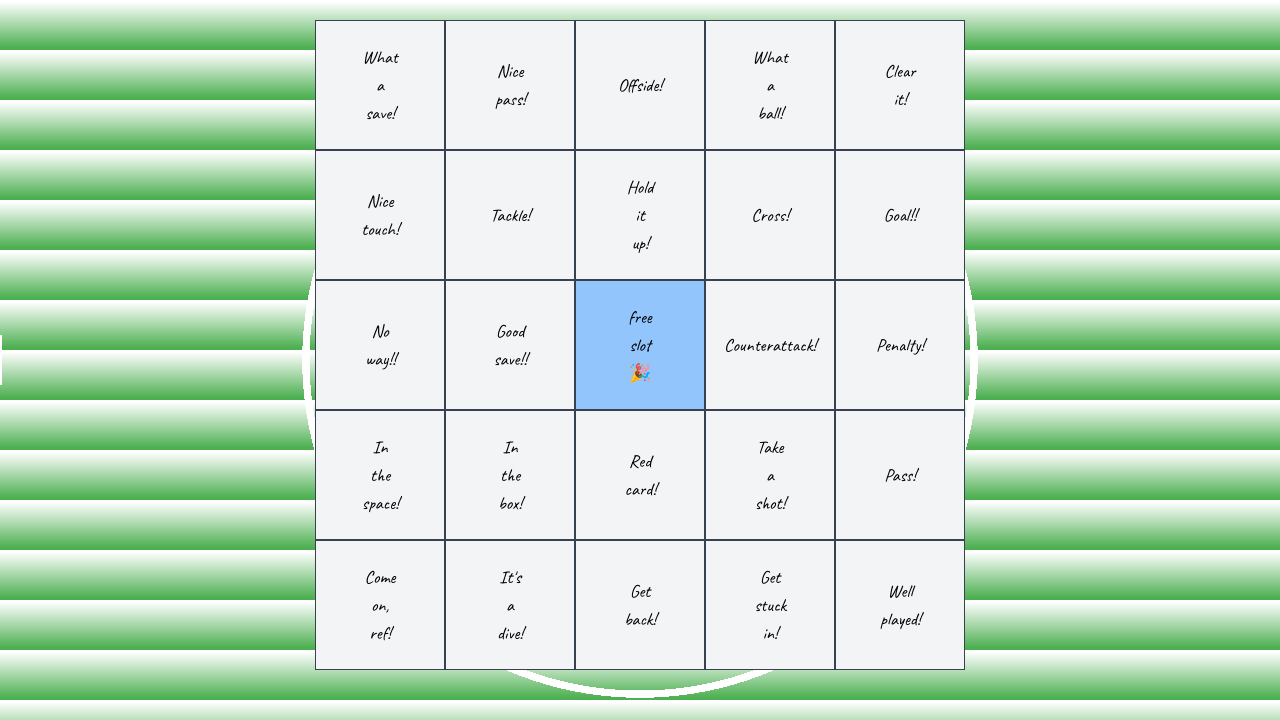
Repository: yassirbn/football-bingo
Page: /
The author's editor kept a copy of each file at every save. The page is drawn from the files as they stood at one save, then again after the next save.
The browser window is 1280 px wide. The pictures show the whole page.
The project was rebuilt for these pictures with package versions that can differ from the ones it lists, and the page was loaded fresh each time.

Above is the page before, as saved 2024-11-27 13:33:55.

After the next save:
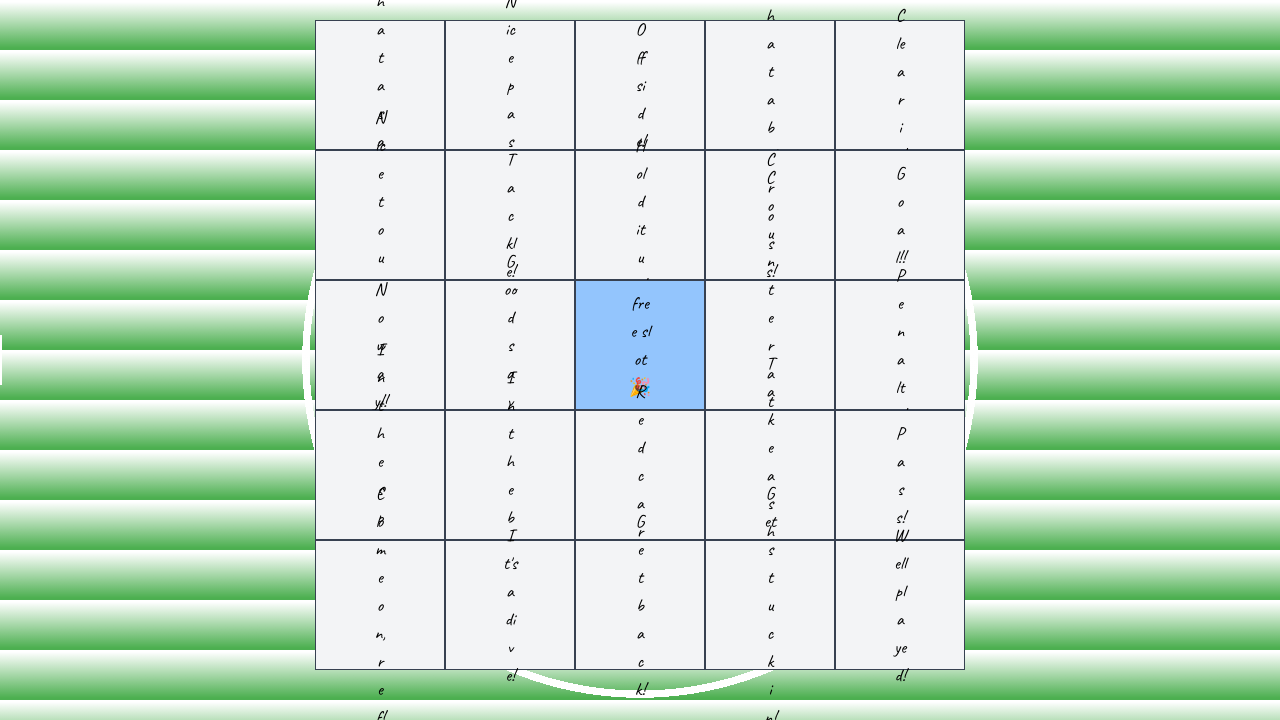
Saved 5 min 2 s later.
--- a/src/component/BingoGrid/BingoGrid.js
+++ b/src/component/BingoGrid/BingoGrid.js
@@ -110,7 +110,7 @@
             <div
               className={`${
                 selectedCells[index] ? "bg-blue-300 text-white" : "bg-transparent"
-              } flex items-center justify-center py-3 px-6 sm:py-4 sm:px-8 md:py-6 md:px-12 lg:py-8 lg:px-16`}
+              } flex items-center justify-center py-3 md:px-6 sm:py-4 sm:px-8 md:py-6 md:px-12 lg:py-8 lg:px-16 break-all`}
               style={{
                 width: "50px", // Adjusted for mobile/tablet responsiveness
                 height: "50px", // Adjusted for mobile/tablet responsiveness

After the 2 saves that followed:
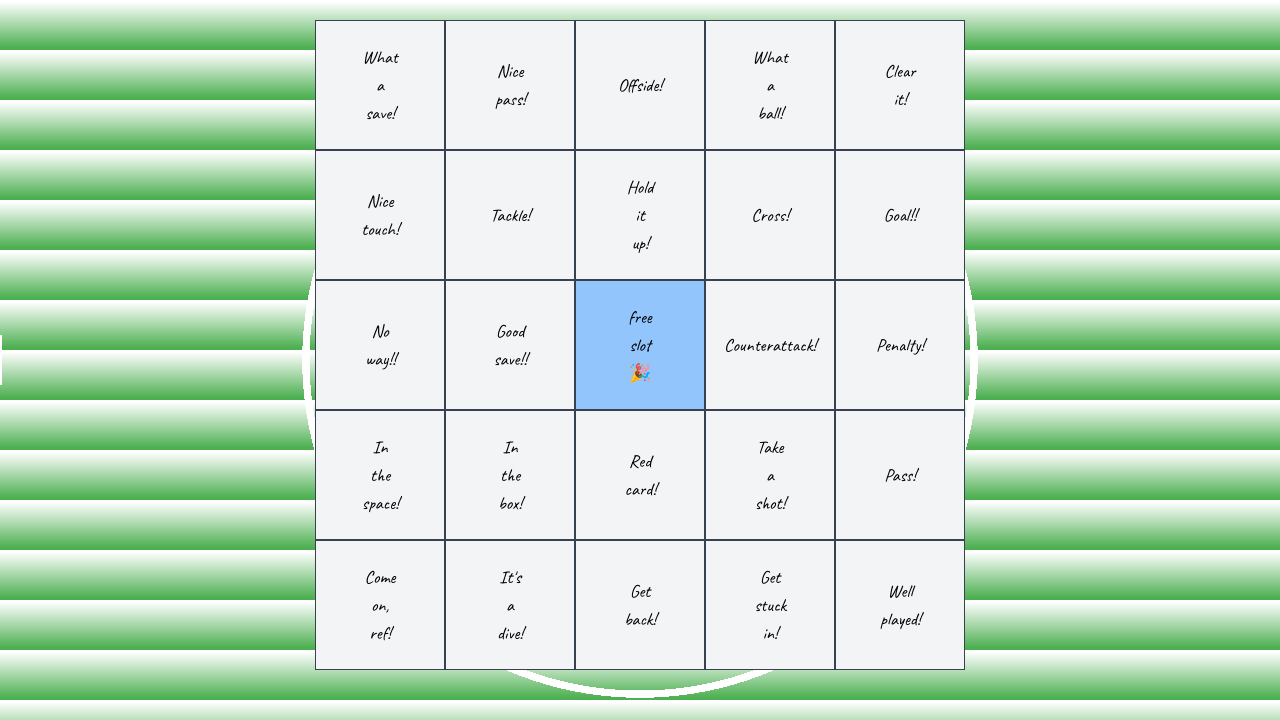
The 2 saves are shown as one change because 1 left the picture as it was.
The last was saved 64 s later.
--- a/src/component/BingoGrid/BingoGrid.js
+++ b/src/component/BingoGrid/BingoGrid.js
@@ -110,7 +110,7 @@
             <div
               className={`${
                 selectedCells[index] ? "bg-blue-300 text-white" : "bg-transparent"
-              } flex items-center justify-center py-3 md:px-6 sm:py-4 sm:px-8 md:py-6 md:px-12 lg:py-8 lg:px-16 break-all`}
+              } flex items-center justify-center py-3 px-6 sm:py-4 sm:px-8 md:py-6 md:px-12 lg:py-8 lg:px-16 break-all md:break-normal`}
               style={{
                 width: "50px", // Adjusted for mobile/tablet responsiveness
                 height: "50px", // Adjusted for mobile/tablet responsiveness
